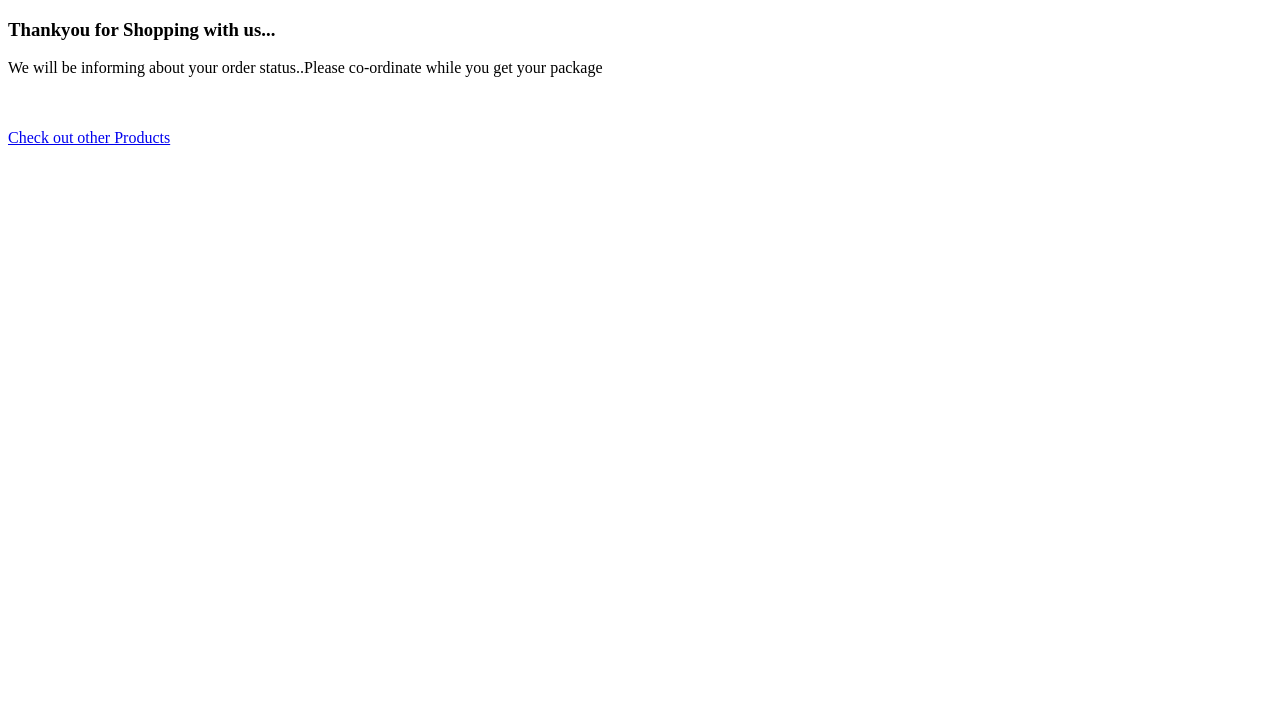
Repository: Yasmeen198/The_Project
Page: http://localhost/Shopify_Frontend/WEB-INF/views/Thanks.jsp
An editor plug-in stored every save of this project. The page is shown before and after the next save, followed by the edit.
The browser window is 1280 px wide. The pictures show the whole page.
Some web libraries are served in a nearby version. The page is served by Tomcat 9. Nobody is signed in. The template is opened directly, without the code that normally fills it, so the values that code supplies are empty.

Above is the page before, as saved 2021-05-24 15:08:40.

After the next save:
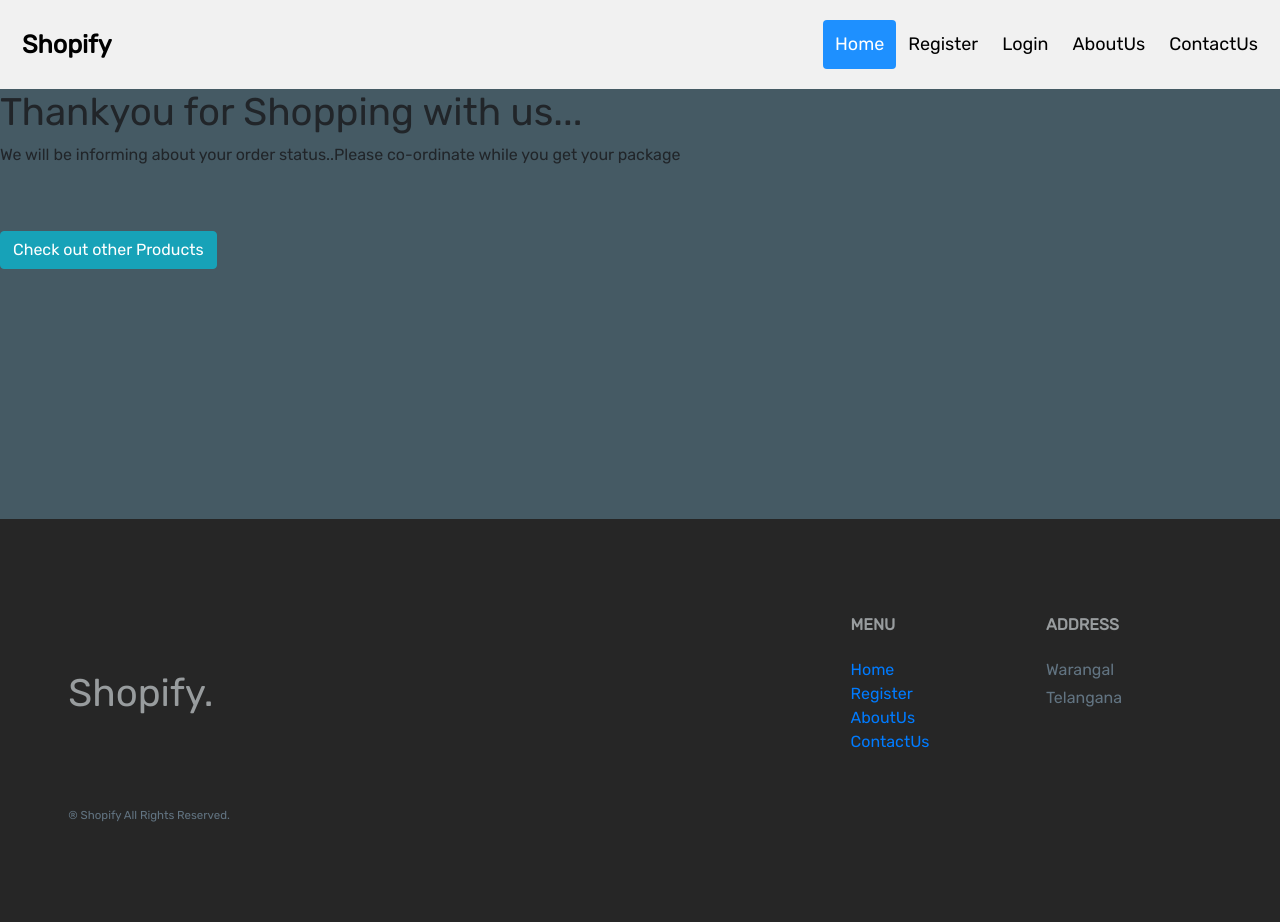
Saved 51 s later.
--- a/Shopify_Frontend/src/main/webapp/WEB-INF/views/Thanks.jsp
+++ b/Shopify_Frontend/src/main/webapp/WEB-INF/views/Thanks.jsp
@@ -1,3 +1,4 @@
+<%@include file="CommonHeader.jsp" %>
 <%@ page language="java" contentType="text/html; charset=ISO-8859-1"
     pageEncoding="ISO-8859-1"%>
 <!DOCTYPE html>
@@ -14,3 +15,4 @@
 <a href="${pageContext.request.contextPath}/" class="btn btn-info">Check out other Products</a>
 </body>
 </html>
+<%@include file="Footer.jsp" %>
